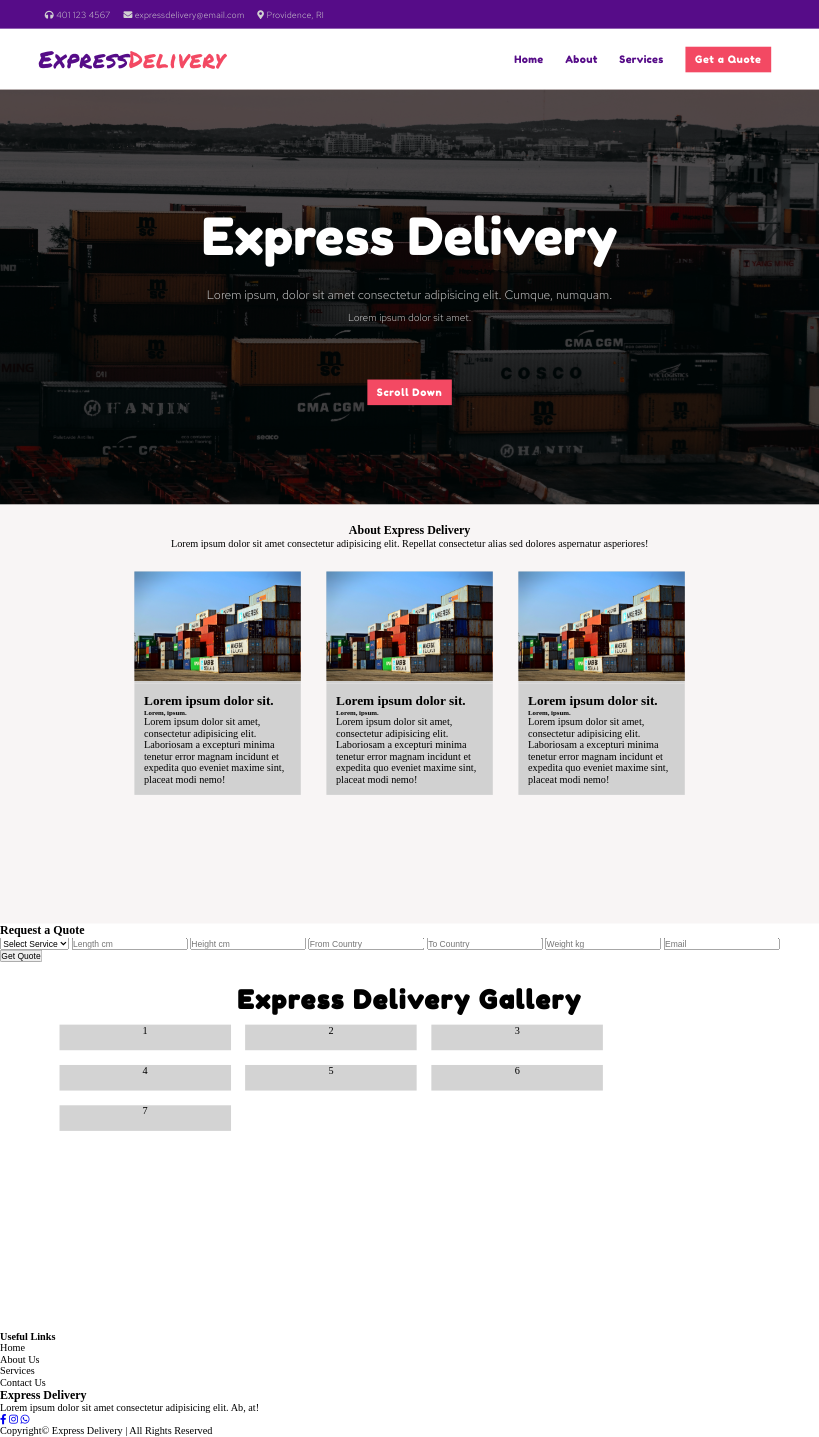
Repository: just-mann/express-delivery
Page: index.html
An editor plug-in stored every save of this project. The page is shown before and after the next save, followed by the edit.
The browser window is 1280 px wide. The pictures show the whole page, at 64% of full size.
The style sheet was rebuilt from its Sass, Less or Tailwind sources for each picture, by a compiler version that may differ from the author's.

Above is the page before, as saved 2021-06-30 14:53:22.

After the next save:
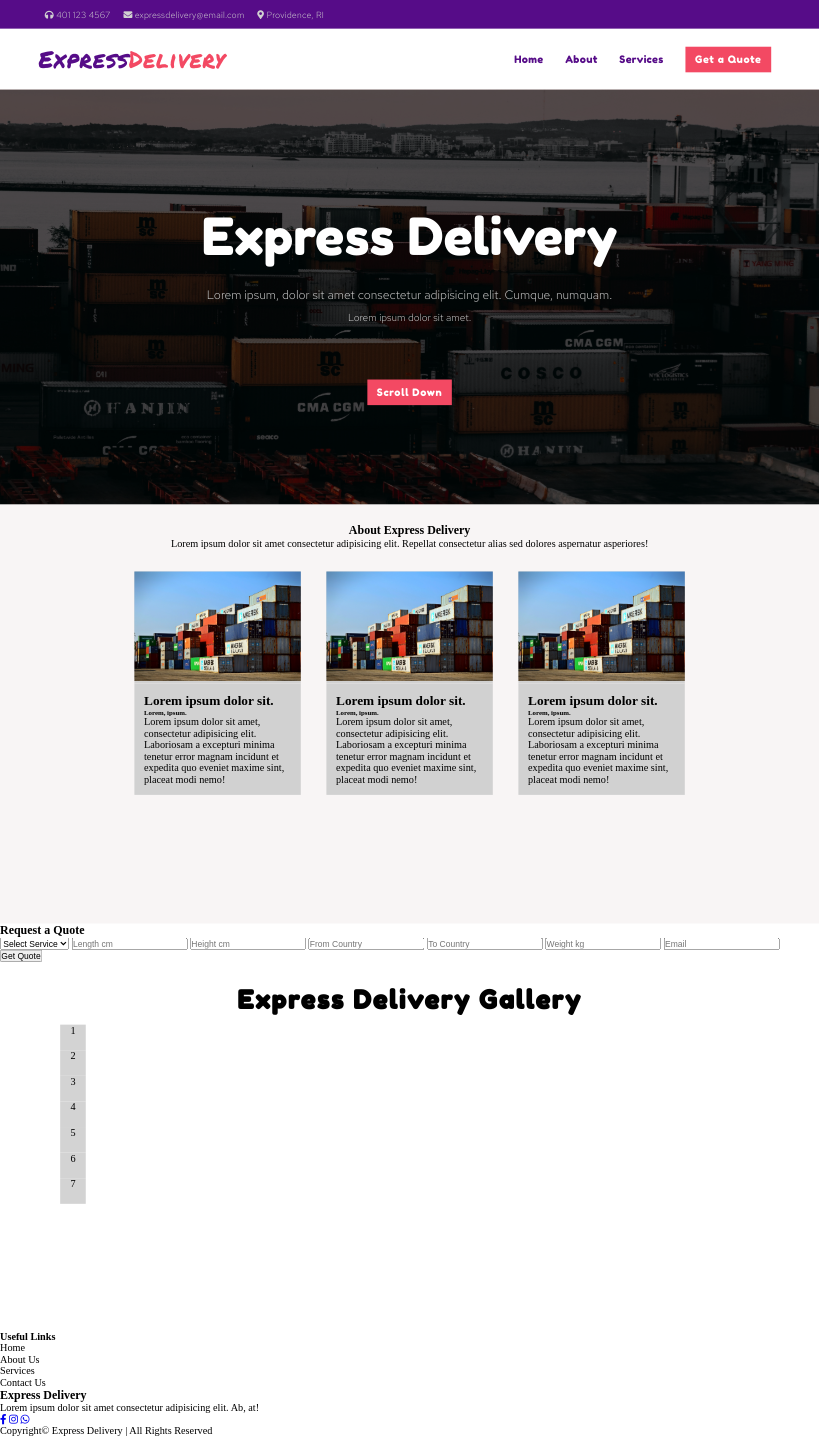
Saved 12 s later.
--- a/Sass/style.scss
+++ b/Sass/style.scss
@@ -236,13 +236,13 @@
         padding: 15px 35px;
         text-align: center;
         // float: left;
+        @include grid(4, 2%);
 
         div {
             background: lightgray;
             width: 40px;
             height: 40px;
-            @include grid(4, 2%);
-
-        }
-    }
-}
+
+        }
+    }
+}

After the save that followed:
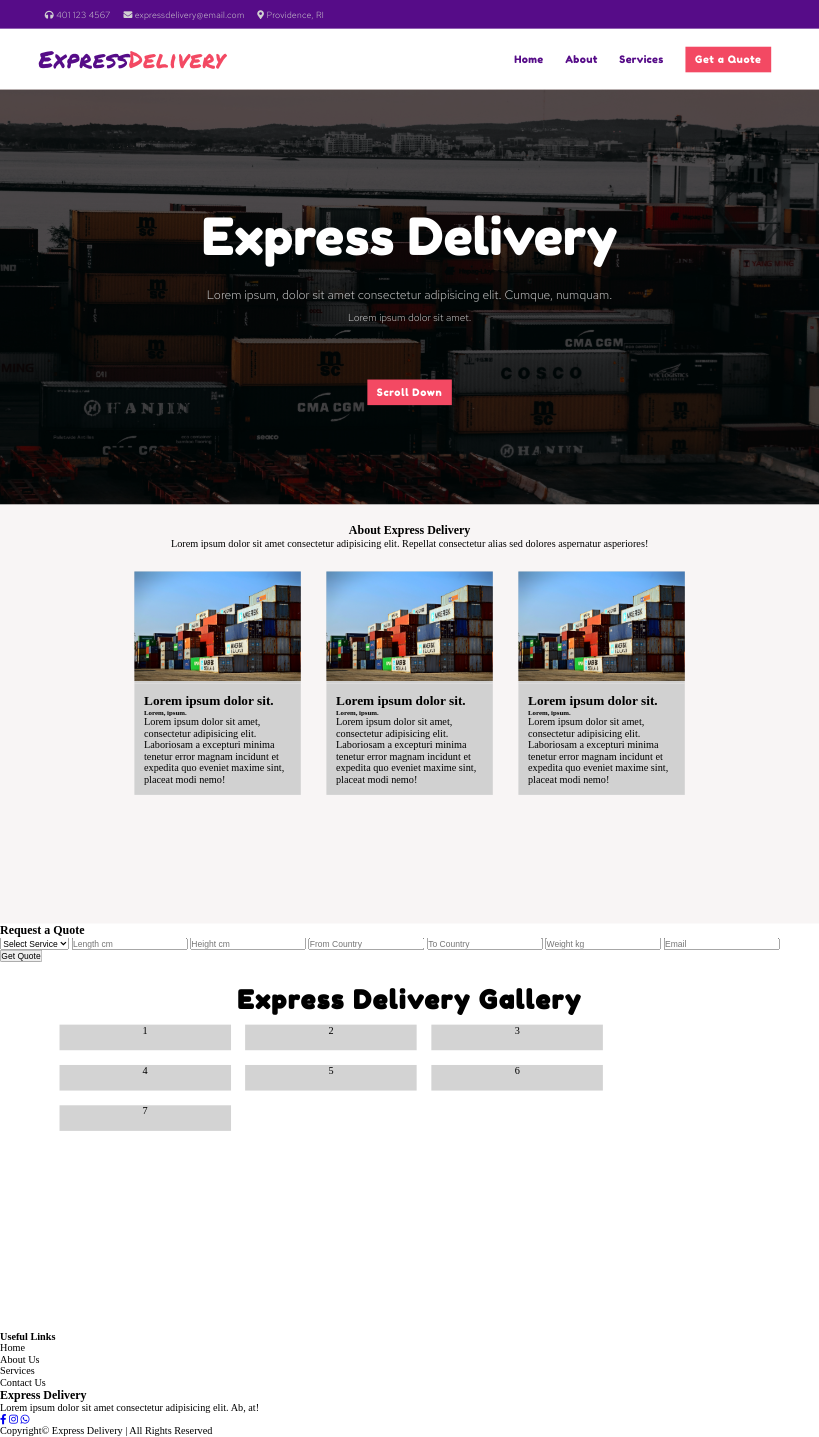
Saved 5 s later.
--- a/Sass/style.scss
+++ b/Sass/style.scss
@@ -236,13 +236,13 @@
         padding: 15px 35px;
         text-align: center;
         // float: left;
-        @include grid(4, 2%);
 
         div {
             background: lightgray;
             width: 40px;
             height: 40px;
-
-        }
-    }
-}
+            @include grid(4, 2%);
+
+        }
+    }
+}
